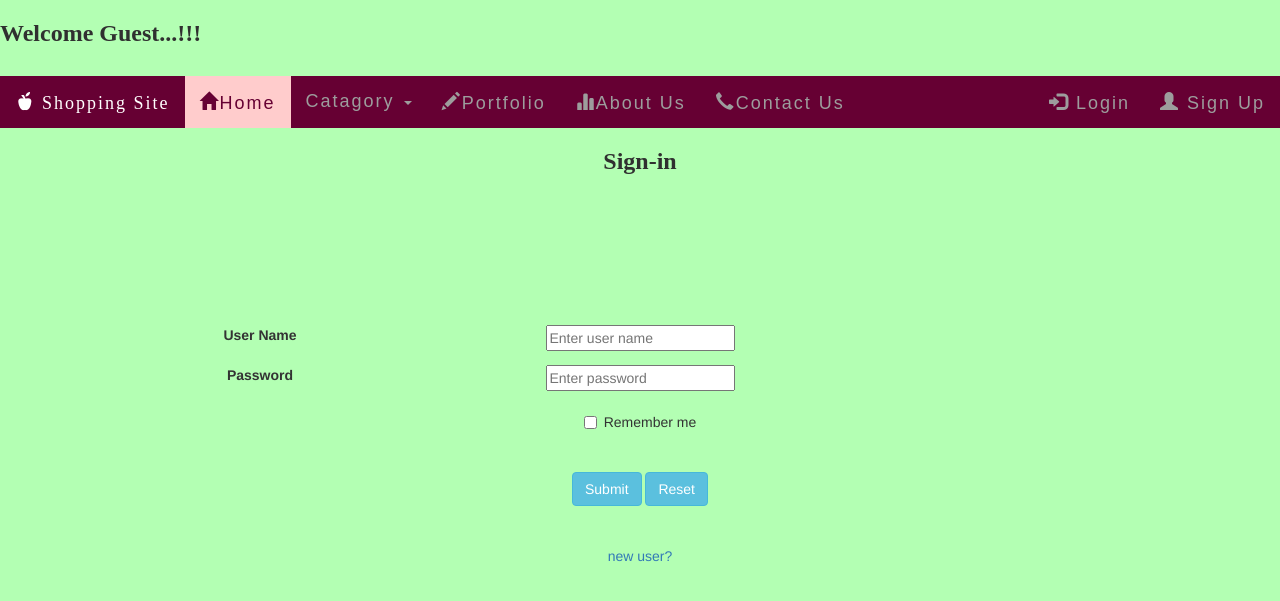
Repository: priyasuthakar/priya
Page: http://localhost/Apple/WEB-INF/views/login.jsp
The author's editor kept a copy of each file at every save. The page is drawn from the files as they stood at one save, then again after the next save.
The browser window is 1280 px wide. The pictures show the whole page.
The page is served by Tomcat 9. Nobody is signed in. Other server files are loaded and not shown. The template is opened directly, without the code that normally fills it, so the values that code supplies are empty.

Above is the page before, as saved 2016-08-19 06:14:13.

### Apple/src/main/webapp/WEB-INF/views/login.jsp
<%@ page language="java" contentType="text/html; charset=ISO-8859-1"
	pageEncoding="ISO-8859-1"%>
<%@ taglib uri="http://java.sun.com/jsp/jstl/core" prefix="c"%>
<%@ taglib uri="http://www.springframework.org/tags" prefix="spring"%>
<%@ taglib uri="http://www.springframework.org/tags/form" prefix="form"%>
<%-- <%@ page session="false"%> --%>
<%@page isELIgnored="false"%>
<%@include file="/WEB-INF/views/Header.jsp"%>

<!DOCTYPE html PUBLIC "-//W3C//DTD HTML 4.01 Transitional//EN" "http://www.w3.org/TR/html4/loose.dtd">
<html>
<head>
<meta http-equiv="Content-Type" content="text/html; charset=ISO-8859-1">
<meta name="viewport" content="width=device-width, initial-scale=1">
<title>Index Page</title>
<!-- Latest compiled and minified CSS -->
<link rel="stylesheet"
	href="http://maxcdn.bootstrapcdn.com/bootstrap/3.3.6/css/bootstrap.min.css">

<!-- jQuery library -->
<script
	src="https://ajax.googleapis.com/ajax/libs/jquery/1.12.4/jquery.min.js"></script>

<!-- Latest compiled JavaScript -->
<script
	src="http://maxcdn.bootstrapcdn.com/bootstrap/3.3.6/js/bootstrap.min.js"></script>
<style>
h1 {
	font-size: 24px;
	color: #303030;
	font-weight: 600;
	margin-bottom: 30px;
	font-size: 24px;
}

.navbar {
	margin-bottom: 0;
	background-color: #660033;
	z-index: 9999;
	border: 0;
	font-size: 18px !important;
	line-height: 1.42857143 !important;
	letter-spacing: 2px;
	border-radius: 0;
	font-family: Montserrat, sans-serif;
}

.navbar .navbar-brand {
	color: #FFFFFF !important;
}

.navbar .li a {
	color: #FFF !important;
}

.navbar-nav li a:hover, .navbar-nav li.active a {
	color: #660033 !important;
	background-color: #FFCCCC !important;
}

.navbar-default .navbar-toggle {
	border-color: transparent;
	color: #FFCCCC !important;
}

footer .glyphicon {
	font-size: 24px;
	margin-bottom: 20px;
	color: #660033;
}
</style>

</head>
<body id="myPage" data-spy="scroll" data-target=".navbar"
	data-offset="60" style="background-color: #b3ffb3">

	<center>
		<font face="Harlow Solid Italic"><h1>Sign-in</h1></font> </br> </br> </br> </br> </br> </br>
		<div class="container">
			<form:form action="login" method="post" commandName="user"
				class="form-horizontal" role="form">
				<center>
					<div class="control-group">
						<label class="col-lg-4">User Name</label>
						<div class="col-lg-4 controls">
							<input type="username" placeholder="Enter user name"
								required="true" title="should not be empty" />
						</div>
					</div>
					</br> </br>
					<div class="control-group">
						<label class="col-lg-4" >Password</label>
						<div class="col-lg-4 controls">
							<input type="password" placeholder="Enter password"
								required="true" title="should not be empty" />
						</div>
					</div>
					</br> </br>
				</center>
				<div class="checkbox">
					<label><input type="checkbox"> Remember me</label>
				</div>
				</br> </br>
				<div>
					<input  type="submit" class="btn btn-info" />
					<input type="reset" class="btn btn-info"/>
					</div>
					</br> </br>
					<div>
					<a href="reg">new user?</a>
				</div>
				</br> </br>
				<input type="hidden" name="${_csrf.parameterName }"
					value="${_csrf.token}" />
				<!-- 	<a href="login" class="btn btn-default" role="button">Reset</a> -->
			</form:form>
		</div>
	</center>
</body>
</html>
<%-- <center>
					<div class="control-group">
						<form:label class="col-lg-4" path="username">
							<spring:message text="User Name" />
						</form:label>
						<div class="col-lg-4 controls">
							<form:input path="username" placeholder="Enter user name"
								required="true" title="should not be empty" />
						</div>
					</div>
					</br> </br>
					<div class="control-group">
						<form:label class="col-lg-4" path="password">
							<spring:message text="Password" />
						</form:label>
						<div class="col-lg-4 controls">
							<form:password path="password" placeholder="Enter password"
								required="true" title="should not be empty" />
						</div>
					</div>
					</br> </br>
				</center>
				<div class="checkbox">
					<label><input type="checkbox"> Remember me</label>
				</div>
				<div>
					<form:button type="submit" class="btn btn-info">
						<spring:message text="Submit" />
					</form:button>
					<form:button type="reset" class="btn btn-info">
						<spring:message text="Reset" />
					</form:button>
					</div>
					<div>
					<a href="reg">new user?</a>
				</div>
 --%>

### Apple/src/main/webapp/WEB-INF/views/Header.jsp
<%@ page language="java" contentType="text/html; charset=ISO-8859-1"
	pageEncoding="ISO-8859-1"%>
<%@ taglib uri="http://java.sun.com/jsp/jstl/core" prefix="c"%>
<!DOCTYPE html PUBLIC "-//W3C//DTD HTML 4.01 Transitional//EN" "http://www.w3.org/TR/html4/loose.dtd">
<html>
<head>
<meta http-equiv="Content-Type" content="text/html; charset=ISO-8859-1">
</head>
<body>
	<c:choose>
		<c:when test="${empty loggedInUser}">
			<font face="Harlow Solid Italic"><h1>Welcome Guest...!!!</h1></font>
		</c:when>
		<c:when test="${not empty loggedInUser}">
			<font face="Harlow Solid Italic"><h1>${loggedInUser}</h1></font>
		</c:when>
	</c:choose>
	<div class="responsive">
		<nav class="navbar navbar-inverse">
		<div class="container-fluid">
			<div class="navbar-header">
				<a class="navbar-brand"> <span class="glyphicon glyphicon-apple"></span>
					<font face="Script MT Bold"> Shopping Site </font>
				</a>
			</div>
			<ul class="nav navbar-nav">
				<li class="active"><a href="Home"><span
						class="glyphicon glyphicon-home"></span>Home</a></li>
				<li class="dropdown"><a class="dropdown-toggle"
					data-toggle="dropdown" href="#"> Catagory <span class="caret"></span></a>
					<ul class="dropdown-menu">
						<li><a href="product1?catname=Desktop">Desktop</a></li>
						<li><a href="product1?catname=Laptop">Laptop</a></li>
						<li><a href="product1?catname=Iphone">Iphone</a></li>
						<li><a href="product1?catname=Ipad">Ipad</a></li>
						<li><a href="product1?catname=Ipod">Ipod</a></li>
						<li><a href="product1?catname=Accessories">Accessories</a></li>
					</ul></li>
				<li><a href="portfolio"><span
						class="glyphicon glyphicon-pencil"></span>Portfolio</a></li>
				<li><a href="about"><span class="glyphicon glyphicon-stats"></span>About
						Us</a></li>
				<li><a href="contactus"><span
						class="glyphicon glyphicon-earphone"></span>Contact Us</a></li>
			</ul>
			<ul class="nav navbar-nav navbar-right">
					<c:choose>
					<c:when test="${empty loggedInUser}">
						<li><a href="login"><span
								class="glyphicon glyphicon-log-in"></span> Login</a></li>
						<li><a href="reg"><span class="glyphicon glyphicon-user"></span>
								Sign Up</a></li>
					</c:when>
					<c:when test="${not empty loggedInUser}">
					<li><a href="viewcart"><span
							class="glyphicon glyphicon-shopping-cart"></span>Cart</a></li>
						<li><a href="logout"><span
								class="glyphicon glyphicon-user"></span> Logout</a></li>
					</c:when>
				</c:choose>
			</ul>
		</div>
		</nav>
	</div>
</body>
</html>

After the next save:
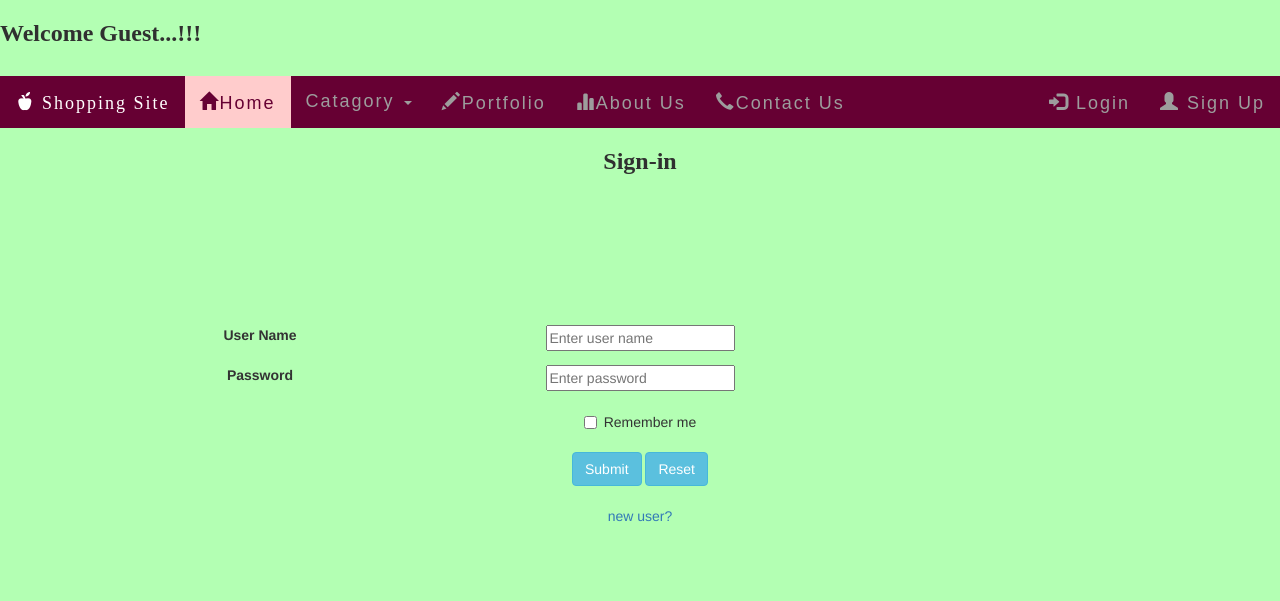
Saved 81 s later.
--- a/Apple/src/main/webapp/WEB-INF/views/login.jsp
+++ b/Apple/src/main/webapp/WEB-INF/views/login.jsp
@@ -100,12 +100,12 @@ footer .glyphicon {
 				<div class="checkbox">
 					<label><input type="checkbox"> Remember me</label>
 				</div>
-				</br> </br>
+				</br>
 				<div>
 					<input  type="submit" class="btn btn-info" />
 					<input type="reset" class="btn btn-info"/>
 					</div>
-					</br> </br>
+					</br>
 					<div>
 					<a href="reg">new user?</a>
 				</div>
